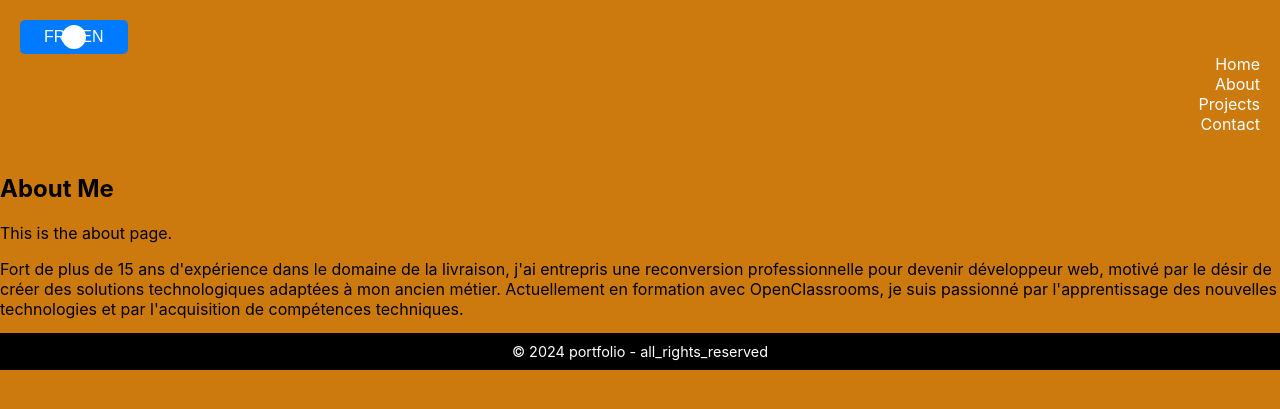
Repository: Christian121966/mon-portfolio
Page: /about
These files come from the project's save history. The page is drawn as it stood at one moment and after the next save; the edit follows.
The browser window is 1280 px wide. The pictures show the whole page.
The project was rebuilt for these pictures with package versions that can differ from the ones it lists, and the page was loaded fresh each time. Also part of the build but not shown: src/pages/HomePage/HomePage.scss, src/pages/HomePage/HomePage.js, src/pages/AboutPage/AboutPage.scss, src/pages/ProjectsPage/ProjectsPage.js, src/pages/ContactPage/ContactPage.js. Imported but missing from the stored project, and not drawn on this page: src/i18next.

Above is the page before, as saved 2024-07-24 02:22:39.

After the next save:
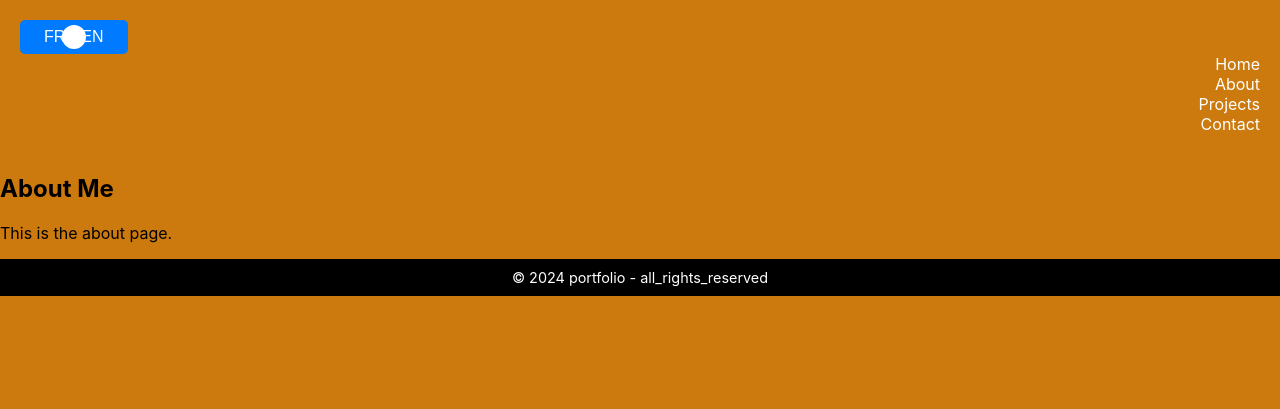
Saved 26 s later.
--- a/src/pages/AboutPage/AboutPage.js
+++ b/src/pages/AboutPage/AboutPage.js
@@ -10,12 +10,7 @@ function AboutPage() {
     <div>
       <h2>{t('About Me')}</h2>
       <p>{t('This is the about page.')}</p>
-      <span>Fort de plus de 15 ans d'expérience dans le domaine de la livraison,
-	      j'ai entrepris une reconversion professionnelle pour devenir développeur
-	      web, motivé par le désir de créer des solutions technologiques adaptées
-	      à mon ancien métier. Actuellement en formation avec OpenClassrooms,
-	      je suis passionné par l'apprentissage des nouvelles technologies et par
-	      l'acquisition de compétences techniques.
+      <span>
       </span>
     </div>
   );
